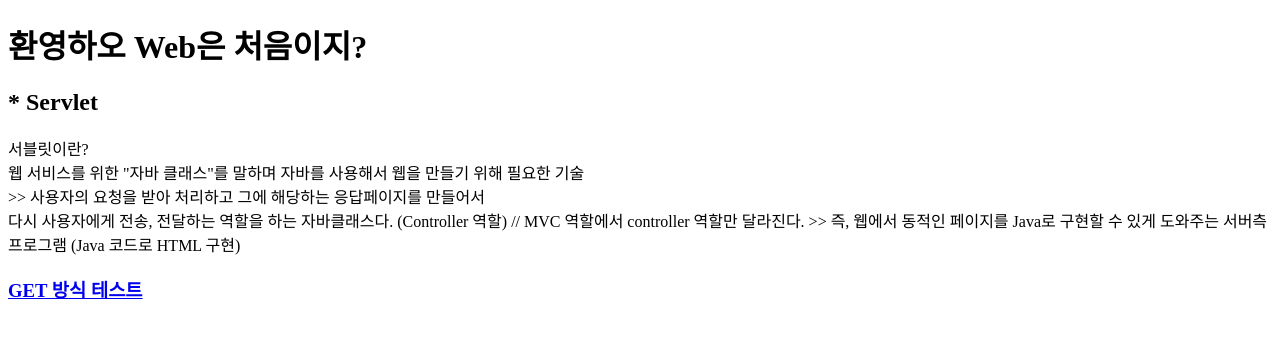
Repository: 1400CP/05_server-workspace1
Page: 1_Servlet/WebContent/index.html
The author's editor kept a copy of each file at every save. The page is drawn from the files as they stood at one save, then again after a run of saves.
The browser window is 1280 px wide. The pictures show the whole page.

Above is the page before, as saved 2025-02-14 01:39:20.

### 1_Servlet/WebContent/index.html
<!DOCTYPE html>
<html>
<head>
<meta charset="UTF-8">
<title>Insert title here</title>
</head>
<body>

	<h1>환영하오 Web은 처음이지?</h1>

	<h2>* Servlet</h2>

	<p>
		서블릿이란? <br>
		웹 서비스를 위한 "자바 클래스"를 말하며 자바를 사용해서 웹을 만들기 위해 필요한 기술 <br>
		>> 사용자의 요청을 받아 처리하고 그에 해당하는 응답페이지를 만들어서<br>
		다시 사용자에게 전송, 전달하는 역할을 하는 자바클래스다. (Controller 역할)
			// MVC 역할에서 controller 역할만 달라진다.
		>> 즉, 웹에서 동적인 페이지를 Java로 구현할 수 있게 도와주는 서버측 프로그램 (Java 코드로 HTML 구현)
	</p>

	<h3><a href="views/requestTest_GET.html">GET 방식 테스트</a></h3>

</body>
</html>

After the next 2 saves:
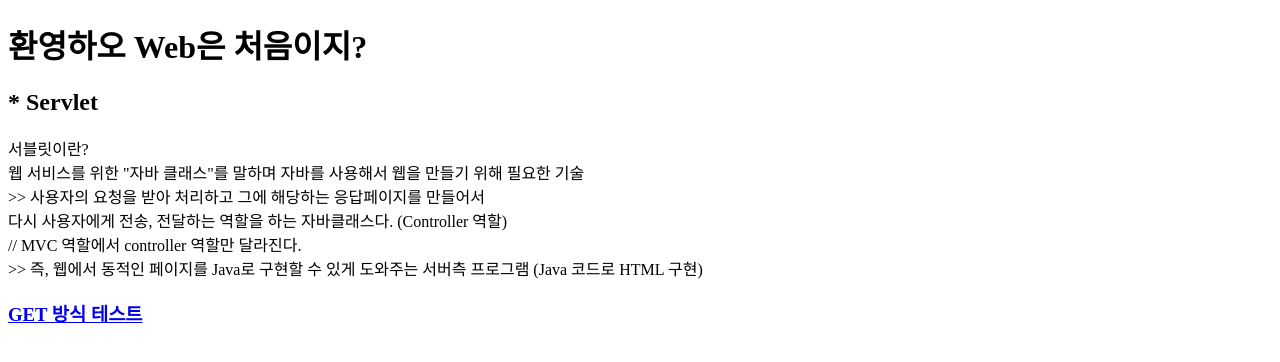
The 2 saves are shown as one change because they came seconds apart.
The last was saved 47 s later.
--- a/1_Servlet/WebContent/index.html
+++ b/1_Servlet/WebContent/index.html
@@ -13,9 +13,9 @@
 	<p>
 		서블릿이란? <br>
 		웹 서비스를 위한 "자바 클래스"를 말하며 자바를 사용해서 웹을 만들기 위해 필요한 기술 <br>
-		>> 사용자의 요청을 받아 처리하고 그에 해당하는 응답페이지를 만들어서<br>
-		다시 사용자에게 전송, 전달하는 역할을 하는 자바클래스다. (Controller 역할)
-			// MVC 역할에서 controller 역할만 달라진다.
+		>> 사용자의 요청을 받아 처리하고 그에 해당하는 응답페이지를 만들어서 <br>
+		다시 사용자에게 전송, 전달하는 역할을 하는 자바클래스다. (Controller 역할) <br>
+			// MVC 역할에서 controller 역할만 달라진다. <br>
 		>> 즉, 웹에서 동적인 페이지를 Java로 구현할 수 있게 도와주는 서버측 프로그램 (Java 코드로 HTML 구현)
 	</p>
 
